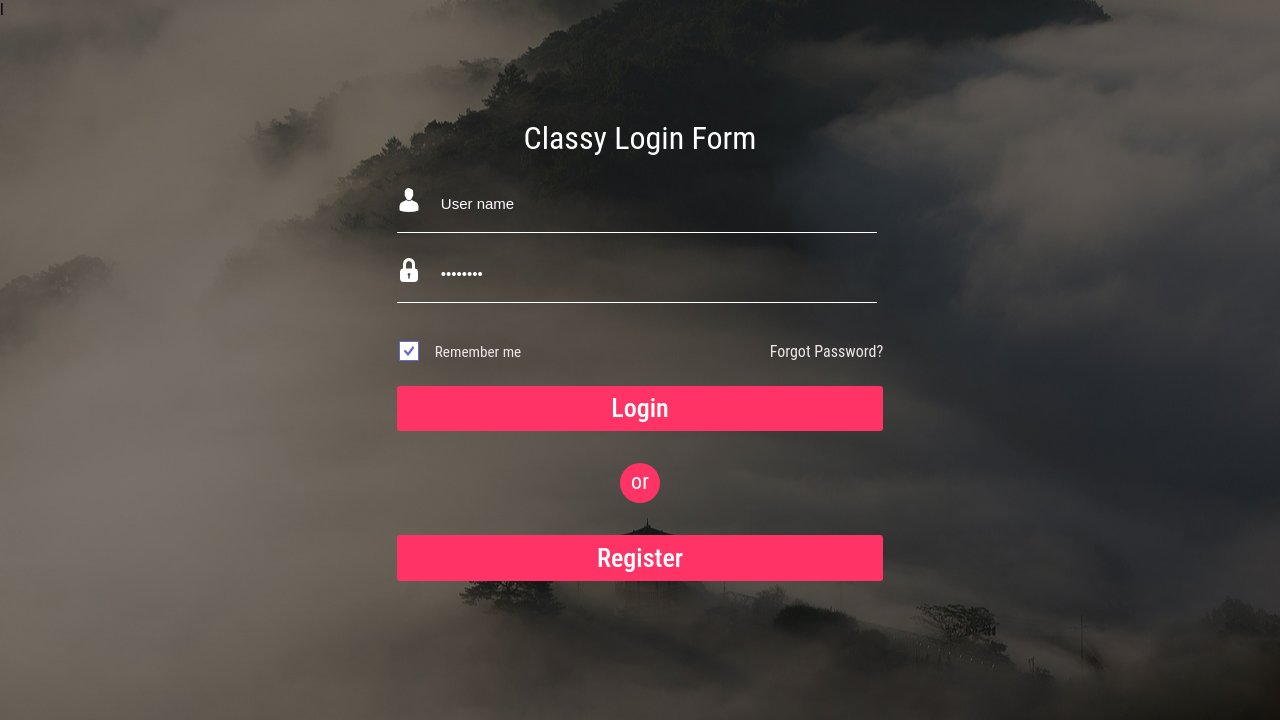
Repository: hosi04/BaiTapWeb
Page: http://localhost/BaiTapWeb_Login/views/login.jsp
The author's editor kept a copy of each file at every save. The page is drawn from the files as they stood at one save, then again after the next save.
The browser window is 1280 px wide. The pictures show the whole page.
The page is served by Tomcat 9.

Above is the page before, as saved 2024-09-07 14:08:35.

After the next save:
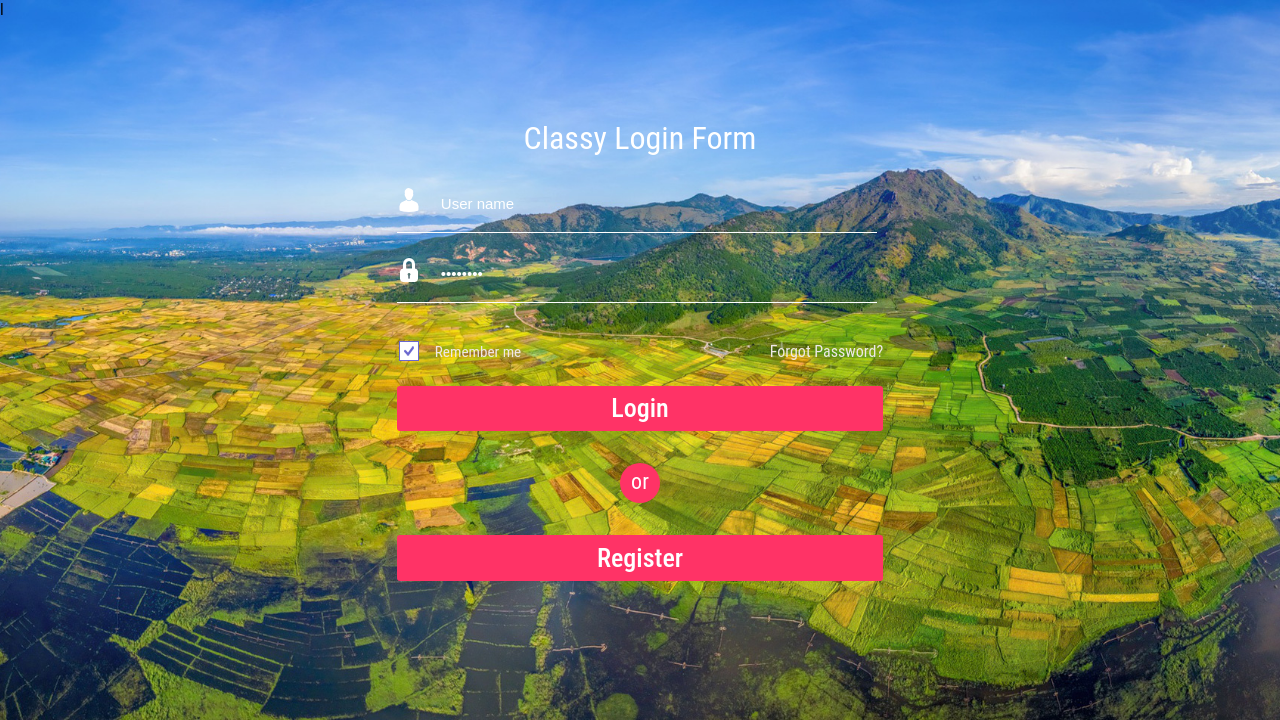
Saved 2 min 53 s later.
--- a/BaiTapWeb_Login/src/main/webapp/css/style.css
+++ b/BaiTapWeb_Login/src/main/webapp/css/style.css
@@ -28,7 +28,7 @@ nav.horizontal ul li{	display: inline-block;}/* horizontal menu */
 img{max-width:100%;}
 /*end reset*/
 body{
-background: url(../images/banner1.jpg)no-repeat;
+background: url(../images/banner2.jpg)no-repeat;
 background-attachment: fixed;
     background-position: center;
     background-size: cover;
